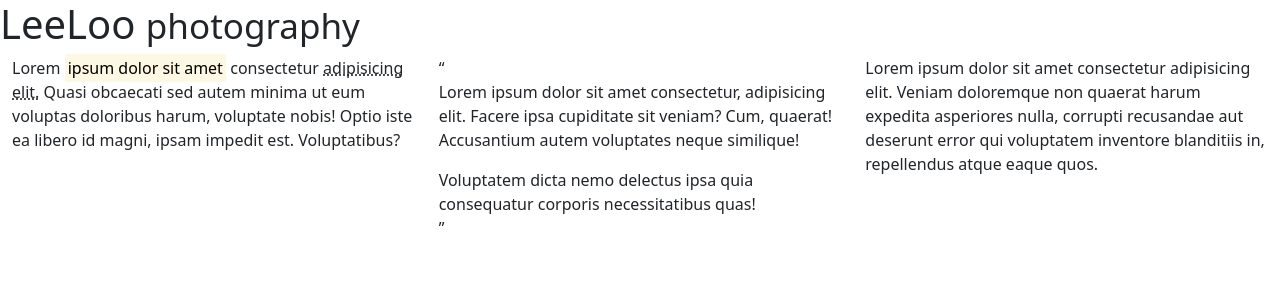
Repository: Zyzik-33/bootstrap-test
Page: index.html
These files come from the project's save history. The page is drawn as it stood at one moment and after the next save; the edit follows.
The browser window is 1280 px wide. The pictures show the whole page.

Above is the page before, as saved 2021-01-27 14:46:16.

### index.html
<!DOCTYPE html>
<html lang="en">
<head>
  <title>LeeLoo</title>
  <meta charset="UTF-8">
  <meta name="viewport" content="width=device-width, initial-scale=1.0">
  <link href="https://cdn.jsdelivr.net/npm/bootstrap@5.0.0-beta1/dist/css/bootstrap.min.css" rel="stylesheet" integrity="sha384-giJF6kkoqNQ00vy+HMDP7azOuL0xtbfIcaT9wjKHr8RbDVddVHyTfAAsrekwKmP1" crossorigin="anonymous">
  <script src="https://ajax.googleapis.com/ajax/libs/jquery/3.5.1/jquery.min.js"></script>
  <script src="https://cdn.jsdelivr.net/npm/bootstrap@5.0.0-beta1/dist/js/bootstrap.bundle.min.js" integrity="sha384-ygbV9kiqUc6oa4msXn9868pTtWMgiQaeYH7/t7LECLbyPA2x65Kgf80OJFdroafW" crossorigin="anonymous"></script>
</head>
<body>
  <h1>LeeLoo <small>photography</small> </h1>
  <div class="container-fluid">

    <div class="row">
      <div class="col-lg-4">Lorem <mark>ipsum dolor sit amet</mark> consectetur <abbr title="Explanation">adipisicing elit.</abbr> Quasi obcaecati sed autem minima ut eum voluptas doloribus harum, voluptate nobis! Optio iste ea libero id magni, ipsam impedit est. Voluptatibus?</div>
      <div class="col-lg-4">
        <q cite="http://developer.mozilla.org">
          <p>
            Lorem ipsum dolor sit amet consectetur, adipisicing elit. Facere ipsa cupiditate sit veniam? Cum, quaerat!
             Accusantium autem voluptates neque similique!
          </p>
          <footer>
            Voluptatem dicta nemo delectus ipsa quia consequatur corporis necessitatibus quas!
          </footer>
        </q>
      </div>
      <div class="col-lg-4">
        <blockquote class="blockquote-reverse">
          <p>
            Lorem ipsum dolor sit amet consectetur adipisicing elit.
            Veniam doloremque non quaerat harum expedita asperiores nulla,
            corrupti recusandae aut deserunt error qui voluptatem inventore
            blanditiis in, repellendus atque eaque quos.
          </p>
        </blockquote>
      </div>
    </div>
  </div>
</body>
</html>

After the next save:
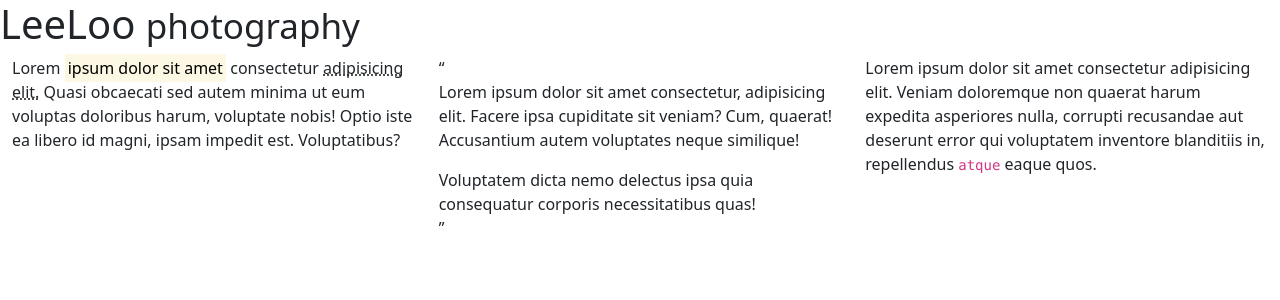
Saved 2 min 12 s later.
--- a/index.html
+++ b/index.html
@@ -31,7 +31,7 @@
             Lorem ipsum dolor sit amet consectetur adipisicing elit.
             Veniam doloremque non quaerat harum expedita asperiores nulla,
             corrupti recusandae aut deserunt error qui voluptatem inventore
-            blanditiis in, repellendus atque eaque quos.
+            blanditiis in, repellendus <code>atque</code> eaque quos.
           </p>
         </blockquote>
       </div>
